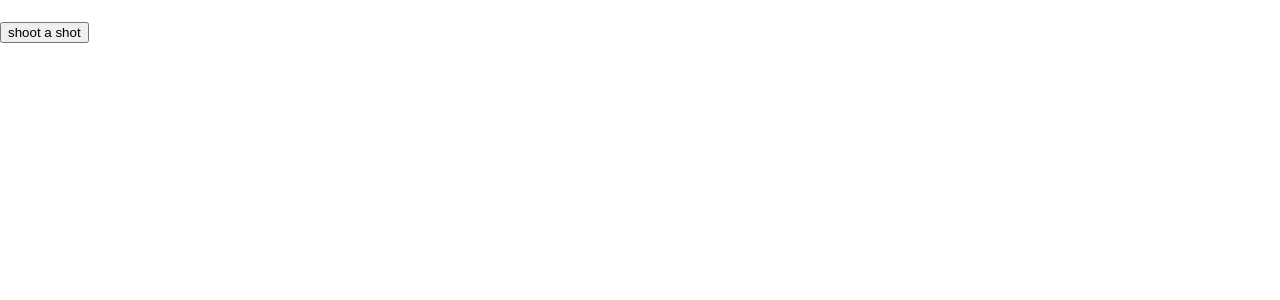
Repository: Rubin78/Firstairport
Page: /
These files come from the project's save history. The page is drawn as it stood at one moment and after the next save; the edit follows.
The browser window is 1280 px wide. The pictures show the whole page.
The project was rebuilt for these pictures with package versions that can differ from the ones it lists, and the page was loaded fresh each time.

Above is the page before, as saved 2021-03-12 14:26:55.

### src/App.js
// import React, { Component } from 'react';
// import { wait } from "@testing-library/react";

// class App extends Component {

// state={

//   loading:true,
//   person:false,
// }

// async componentDidMount(){

// const url = "https://api.randomuser.me/"
// const response = await fetch(url);
// const data = await response.json();
// this.setState({person:data.results[0],loading:false})

// }

//   render() {

//  if(this.state.loading){
// return<div>loading ....</div>

//  }

//  if(!this.state.person){
//   return<div>loadingnothing ....</div>

//    }
//     return (
//       <div>

//     <div>{this.state.person.title}</div>

//     <div>{this.state.person.name.first}</div>
//     <div>{this.state.person.name.last}</div>
//     <div>{this.state.person.gender}</div>
//     <div>{this.state.person.timezone}</div>

//   <img src= {this.state.person.picture.large} />
//         </div>
//     );
//   }
// }

// export default App;

// import { wait } from "@testing-library/react";
// import React from "react";

// export default class FetchRandomUser extends React.Component {

//   // async componentDidMount() {
//   //   const url = "https://api.randomuser.me/";
//   //   const response = await fetch(url);
//   //   const data = await response.json();
//   //   this.setState({ person: data.results[0], loading: false });
//   // }

//   state={
//     loading:true,
//     person:null,
//   }

//  async componentDidMount() {

//   const url = "https://api.randomuser.me/";
//   const response = await fetch(url);
//   const data = await response.json();
//   this.setState({person:data.results[0],loading:false})

//  }

//   render() {
//     // if (this.state.loading) {
//     //   return <div>loading...</div>;
//     // }

//     // if (!this.state.person) {
//     //   return <div>didn't get a person</div>;
//     // }

// if (this.state.loading) {
// return <div>loading ...</div>
// }

// if (!this.state.person) {
//   return <div>didnt get anything</div>
// }

//     return (

// <div>

// <div>{this.state.person.name.title}</div>
// <div>{this.state.person.name.first}</div>
// <div>{this.state.person.name.last}</div>
// <div>{this.state.person.gender}</div>
// <div>{this.state.person.address}</div>

// <img src={this.state.person.picture.large} />

// </div>
//     );
//   }
// }

// import React, { useState, useEffect } from "react";
// import axios from "axios";
// export default function APISession() {
//   const [data, setData] = useState([]);

//   useEffect(() => {
//     axios
//       .get("https://jsonplaceholder.typicode.com/users")
//       .then((response) => {
//         setData(response.data);
//       })

//       // .catch((error) => {
//       //   console.log(error);
//       // });
//   }, []);

//   console.log(data);

//   return (
//     <div>
//       {data &&
//         data.map((item) => (
//           <div key={item.id}>
//             {item.name} - {item.phone}
//           </div>
//         ))}
//       {/* {data[0] && <div>{JSON.stringify(data)}</div>} */}
//     </div>
//   );
// }
/*
import React, {useState,useEffect} from 'react';
import axios from "axios";

const App = () => {

  const [data ,setData] = useState([]);
  useEffect(()=> {
    axios.get("https://jsonplaceholder.typicode.com/users")
    .then((response) => {
      setData(response.data);

    })
  })
  return (
    <div>
      {data &&
        data.map((item) => (
          <div key={item.id}>
            {item.name} - {item.phone}
          </div>
        ))}
      {/* {data[0] && <div>{JSON.stringify(data)}</div>} */
/*  </div>
  );
};

export default App; */

/*
import React, { Component } from 'react'


export default class App extends Component {

  constructor(props) {
    super(props);

    this.state = {
      brand: "ford",
      company: "Snoop Technology",
    };
  }

  changeBrand = () => {
  alert("Great Shot!");

    this.setState({brand: "love "});
        this.setState({ company: "Snooper " });


  }

  render() {
const greeting = "welcome to amafh";
    return (
      <div>
        <div>{this.state.brand} </div>
        <div>{this.state.company} </div>
        <h2>I am a {greeting}</h2>


        <button onClick={this.changeBrand}>hello change</button>
      </div>
    );
  }
}


 */

/*  import React , {useState} from 'react';

 const App = () => {

   const [count, setCount] = useState(0);


   return (
     <div>
<p> this is my {count}</p>

<button onClick={() =>setCount(count+2)}> clickme </button></div>
   );
 };

 export default App;
 */

/* import React, { useState, useEffect } from "react";
import axios from "axios";
export default function APISession() {
  const [data, setData] = useState([]);



useEffect(()=>{

  axios.get("https://jsonplaceholder.typicode.com/users")
  .then((response) => {

    setData(response.data)
  })

.catch((error)=>{

  console.log(error);
})

})

  return (
    <div>


{data &&
data.map((item)=>(

  <div key={item.id}>

    {item.name}
  </div>
))}

    </div>
  );

        }




 */

/*  get data ====================================================== >
 */

/*

import React, { useState, useEffect } from "react";
import axios from "axios";

const App = () => {
  const [data, setData] = useState([]);

  useEffect(() => {
    axios
      .get("https://jsonplaceholder.typicode.com/users")
      .then((response) => {
        setData(response.data);
      })

      .catch((error) => {
        console.log(error);
      });
  });

  return (
    <div>
      {data &&
        data.map((item) => (
          <div key={item.id}>

            {item.name} -{item.phone} -{item.city}


          </div>
        ))}
    </div>
  );
};

export default App; */

/*   <======================================================================using state and changing the data value==========================================>*/

/*
import React, { Component } from 'react'

export default class App extends Component {
  constructor(props) {
    super(props);
    this.state = {
      company: "Snoop Technology",
      profile: "developer",
    };
  }

  changeData=()=>{

    this.setState({
      company: "Snoopeer Technology",
      profile: "developer as a junior",
    });
  }


  render() {
    return (
      <div>
        <h1> Currently m working in {this.state.company}</h1>
        <h1>My profile is {this.state.profile}</h1>

        <button onClick={this.changeData}> hello </button>
      </div>
    );
  }
}
 */

/* <parent to child data transfer=========================>
 */
/*
import React, { Component } from 'react'
import Home from "../src/Home";
export default class App extends Component {
 */

/*   render() {
 */


/*     const data = "there should be som data";

    return (
      <div>

        <Home data={data} />
      </div>
    )
  }
}
 */

/* using hooks how to change or update the values =====================================> */

/* rmber when we are using functional component we dont have to use this .state in button section */

/*
import React,{useState} from 'react';

const App = () => {


  const [name, setName] = useState("changing data");



  const hancleClick=()=>{

    setName(" yes you have change the data");
  }
  return (
    <div>
    <h1>  {name} </h1>



      <button onClick ={hancleClick}> hello </button>
    </div>
  );
};

export default App; */







/*




import React, { useState, useEffect } from "react";
import axios from "axios";

const App = () => {
  const [data, setData] = useState([]);

  useEffect(() => {
   axios
     .put("https://jsonplaceholder.typicode.com/posts/1", {
       id: 1,
       title: "foo",
       body: "rubin",
       userId: 1,
     },


     )



     axios.put("https://jsonplaceholder.typicode.com/posts/2", {
       id: 2,
       title: "solo",
       body: "dodod",
       userId: 2,
     },
     )
     .then((response) => {
       setData(response.data);
     })

     .catch((error) => {
       console.log(error);
     });


      console.log(data)
  });

  return (
    <div>

    </div>
  );
};

export default App;  */



/* event in react  ============>
 */



import React, { useState } from 'react';

const App = () => {

  const [name, setName] = useState("shaun");

function shoot() {
alert("hello");
}
  return (
    <div>
      <h1></h1>
      <button onClick = {shoot}  > shoot a shot </button>
    </div>
  );
};

export default App;

Loaded but not shown: public/index.html (common file); src/index.js (common file); src/index.css (common file); src/serviceWorker.js (common file)

After the next save:
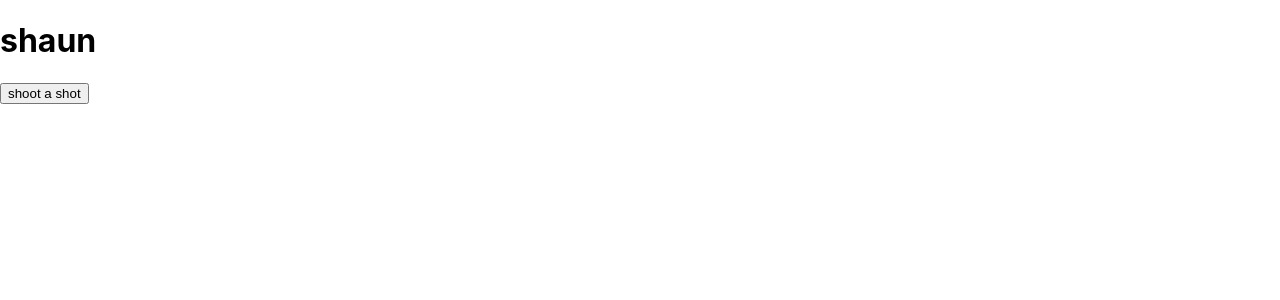
Saved 10 s later.
--- a/src/App.js
+++ b/src/App.js
@@ -480,7 +480,7 @@ alert("hello");
 }
   return (
     <div>
-      <h1></h1>
+      <h1>{name}</h1>
       <button onClick = {shoot}  > shoot a shot </button>
     </div>
   );
